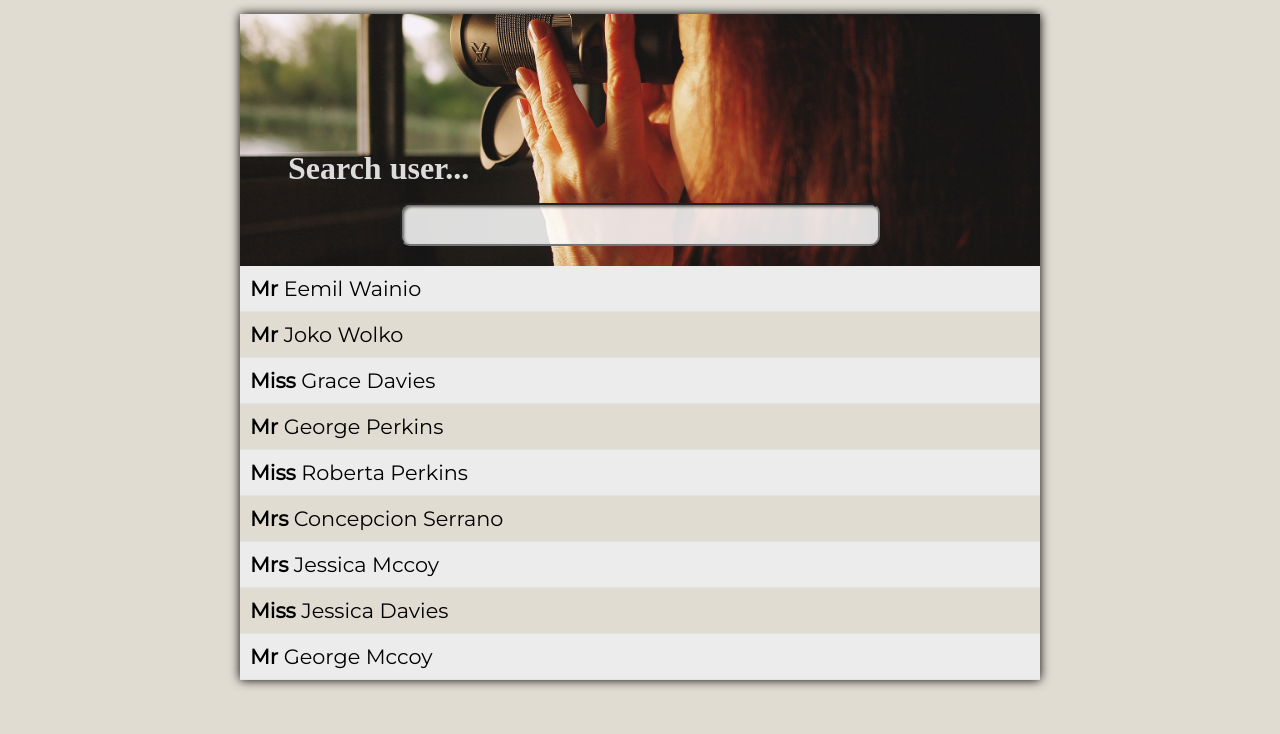
Repository: KrzysKolo/sr_tydzien5_zad4
Page: /
The author's editor kept a copy of each file at every save. The page is drawn from the files as they stood at one save, then again after the next save.
The browser window is 1280 px wide. The pictures show the whole page.
Some web fonts or font styles are not loaded; a fallback is used. The project was rebuilt for these pictures with package versions that can differ from the ones it lists, and the page was loaded fresh each time.

Above is the page before, as saved 2021-01-03 06:13:12.

After the next save:
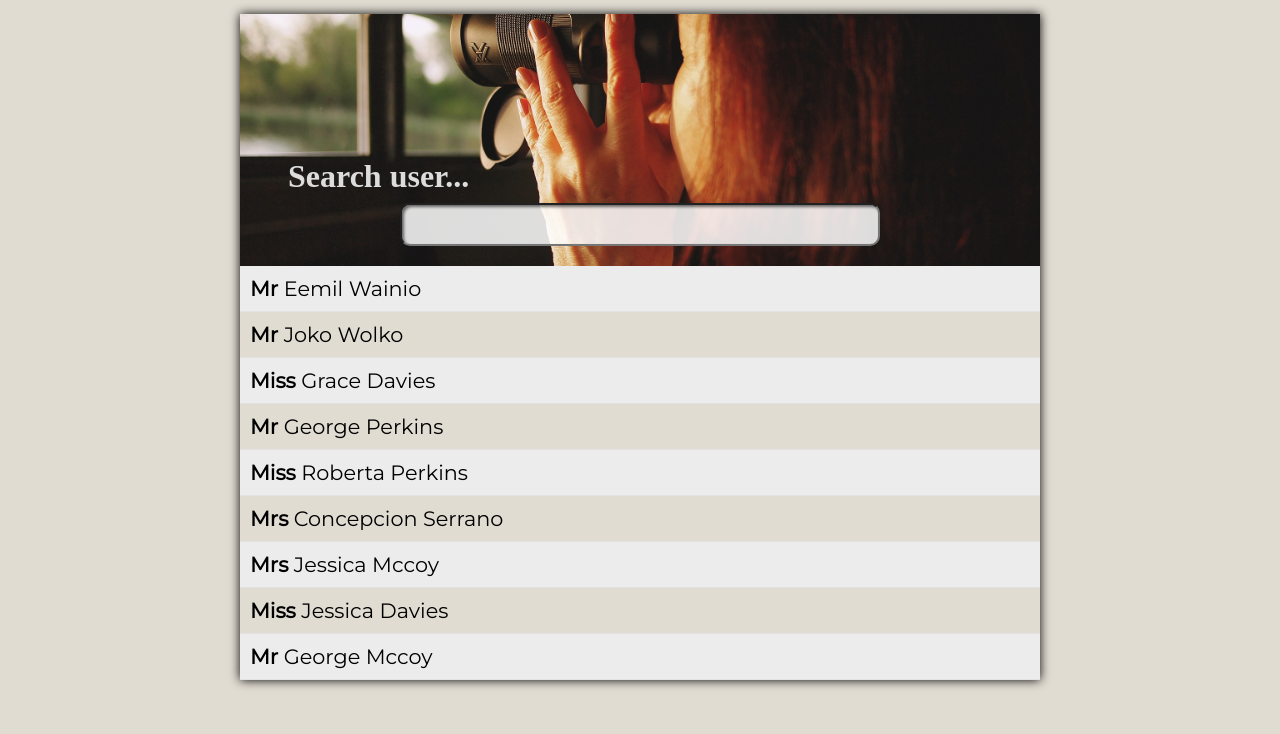
Saved 36 s later.
--- a/src/App.css
+++ b/src/App.css
@@ -28,7 +28,7 @@ section {
 .header__title {
   font-size: 2rem;
   font-family: "Over the Rainbow", cursive;
-  margin: 0 auto 1rem 3rem;
+  margin: 0 auto 0.5rem 3rem;
   color: rgba(255, 255, 255, 0.85);
 }
 .header__search-wrapper {
